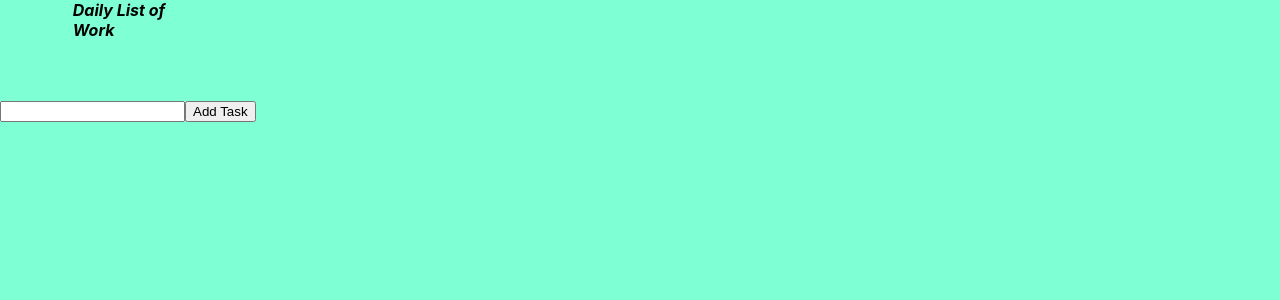
Repository: iamjayenmthakuri/todolist
Page: /
The author's editor kept a copy of each file at every save. The page is drawn from the files as they stood at one save, then again after the next save.
The browser window is 1280 px wide. The pictures show the whole page.
The project was rebuilt for these pictures with package versions that can differ from the ones it lists, and the page was loaded fresh each time.

Above is the page before, as saved 2022-09-19 10:21:50.

### src/App.js
import React from 'react';
import { useState } from 'react';
import "./App.css";

function App() {
  const [todoList, setTodoList] = useState([]);
  const [newTask, setNewTask] = useState("");

  const handleOnChange = (event) => {
    setNewTask(event.target.value)
  };

  const addTask = () => {
    const task = {
      id: todoList.length === 0 ? 1 : todoList[todoList.length - 1].id + 1,
      taskName: newTask,
    }
    setTodoList([...todoList, task]);
  };

  const deleteTask = (id) => {
    setTodoList(todoList.filter((task) => task.id !== id));
  };
  return (
    <div>
      <div><h1 className='title'>Daily List of Work</h1>

      <input onChange={handleOnChange} />
      <button onClick={addTask}>Add Task</button>
      {todoList.map((task) => {
        return (
          <div className='container'>
            <h1>{task.taskName}</h1>
            <button onClick={() => deleteTask(task.id)}>X</button>
          </div>
        );
      })}
    </div>
    </div>
  );
}

export default App;

### src/App.css
body{
  background-color: aquamarine;
  display:grid;
  background-position: center;
  position: absolute;
}
.title{
  height: 100px;
  width: 110px;
  font-size: medium;
  font-weight: bold;
  font-style: italic;
  background-position: center;
  margin: auto;
}
.container{
  background-color: white;

}
#map{
  background-color: white;
  height: max-content;
  width: max-content;
}

Loaded but not shown: public/index.html (common file); src/index.js (common file); src/index.css (common file); src/reportWebVitals.js (common file)

After the next save:
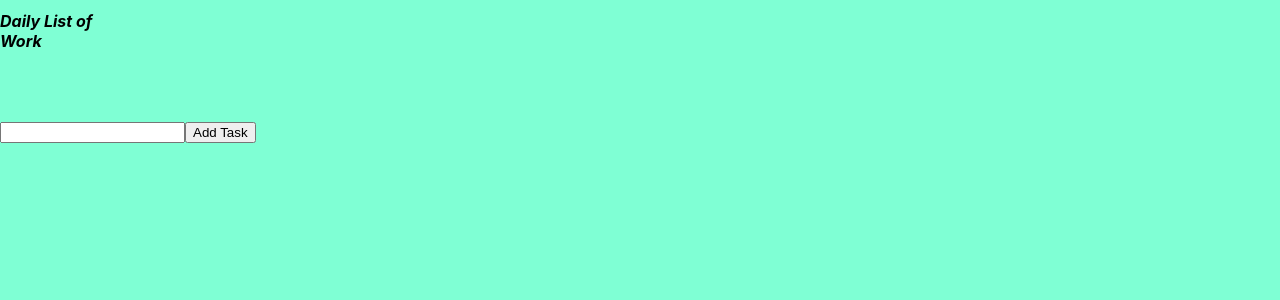
Saved 35 s later.
--- a/src/App.css
+++ b/src/App.css
@@ -11,7 +11,7 @@ body{
   font-weight: bold;
   font-style: italic;
   background-position: center;
-  margin: auto;
+  transform: scaleX(20px);
 }
 .container{
   background-color: white;
